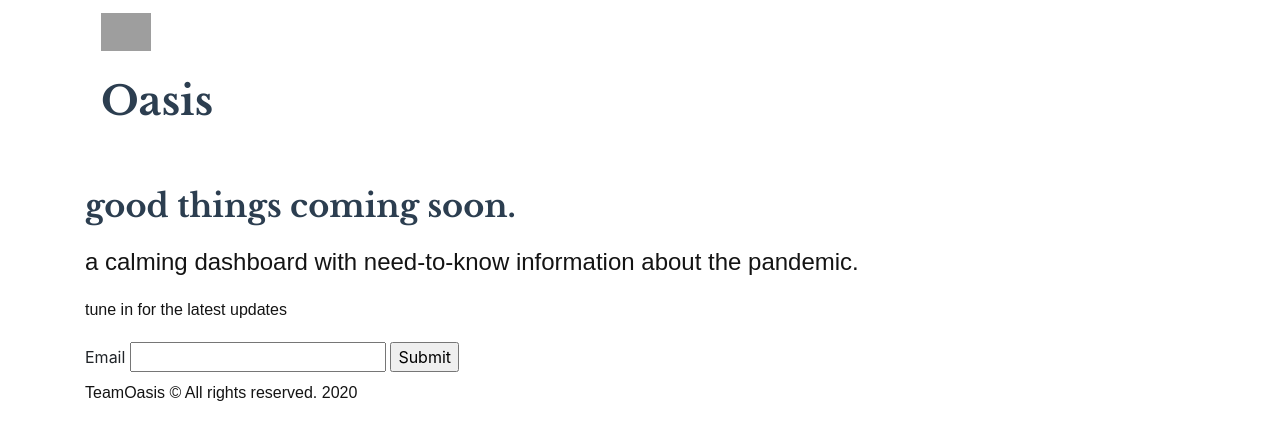
Repository: dexho/oasis-extension
Page: coming-soon.html
These files come from the project's save history. The page is drawn as it stood at one moment and after the next save; the edit follows.
The browser window is 1280 px wide. The pictures show the whole page.
Pictures or frames that could not be fetched are drawn as grey boxes. Some web fonts or font styles are not loaded; a fallback is used.

Above is the page before, as saved 2020-07-24 12:58:27.

### coming-soon.html
<!DOCTYPE html>
<html lang="en">
    <head>
        <title>Oasis - Coming Soon</title>
        <meta charset="utf-8">
        <meta name="viewport" content="width=device-width, initial-scale=1.0">
        <meta http-equiv="X-UA-Compatible" content="ie=edge">
        <link href="https://fonts.googleapis.com/css2?family=Libre+Baskerville:wght@400;700&family=Muli:wght@400;500;600;700&display=swap" rel="stylesheet">
        <!-- <link rel="stylesheet" href="https://cdn.materialdesignicons.com/4.8.95/css/materialdesignicons.min.css"> -->
        <link rel="stylesheet" href="https://stackpath.bootstrapcdn.com/bootstrap/4.1.3/css/bootstrap.min.css" integrity="sha384-MCw98/SFnGE8fJT3GXwEOngsV7Zt27NXFoaoApmYm81iuXoPkFOJwJ8ERdknLPMO" crossorigin="anonymous">
        <link rel="stylesheet" href="css/dist/coming-soon.css">
        <!-- Global site tag (gtag.js) - Google Analytics -->
        <script async src="https://www.googletagmanager.com/gtag/js?id=UA-173463616-1"></script>
        <script>
        window.dataLayer = window.dataLayer || [];
        function gtag(){dataLayer.push(arguments);}
        gtag('js', new Date());

        gtag('config', 'UA-173463616-1');
        </script>

    </head>
    <body class="min-vh-100 d-flex flex-column">
        <header>
            <div class="container">
                <nav class="navbar navbar-dark bg-transparent">
                    <a class="navbar-brand" href="#">
                        <img width="50px" src="assets/images/oasis-logo.png" alt="logo">
                        <h1>Oasis</h1>
                    </a>

                </nav>
            </div>
        </header>
        <main class="my-auto">
            <div class="container">
                <h1>good things coming soon.</h1>
                <p class="page-description">
                    a calming dashboard with need-to-know information about the pandemic.
                </p>
                <p>tune in for the latest updates</p>
                <form action="/action_page.php">
                    <label for="email">Email</label>
                    <input type="email" id="email" name="email">
                    <input type="submit">
                </form>
                <p>
                    TeamOasis © All rights reserved. 2020
                </p>
            </div>
        </main>
    </body>
</html>

### css/dist/coming-soon.css
h1{
    font-family: 'Libre Baskerville', serif;
    font-size: 54px;
    color: #2c3e50;
    font-weight: 400;
}

h2{
    font-family: 'Libre Baskerville', serif;;
    font-size: 36px;
    line-height: 48px;
    color: #141414;
    font-weight: 500;
}

h3{
    font-family: 'Muli', sans-serif;
    font-size: 24px;
    line-height: 48px;
    color: #141414;
    font-weight: 400;
}


p{
    font-family: 'Muli', sans-serif;
    font-size: 16px;
    font-weight: 400;
    line-height: 32px;
    color: #141414;
}




.page-description {
    font-size: 14px;
}


/* .page-title {
    font-family: 'Libre Baskerville', serif;
    font-size: 54px;
    font-weight: bold;
    margin-bottom: 14px;
} */

.page-description{
    font-size: 24px;
}

h1 {
    display: block;
    font-size: 2em;
    margin-block-start: 0.67em;
    margin-block-end: 0.67em;
    margin-inline-start: 0px;
    margin-inline-end: 0px;
    font-weight: bold;
}

After the next save:
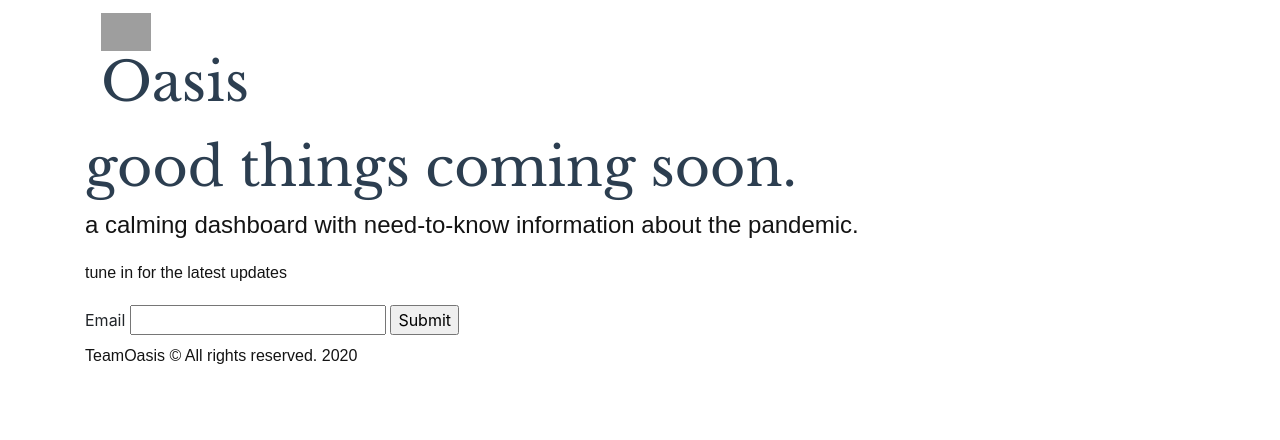
Saved 31 s later.
--- a/css/dist/coming-soon.css
+++ b/css/dist/coming-soon.css
@@ -49,7 +49,7 @@ p{
     font-size: 24px;
 }
 
-h1 {
+/* h1 {
     display: block;
     font-size: 2em;
     margin-block-start: 0.67em;
@@ -57,4 +57,4 @@ h1 {
     margin-inline-start: 0px;
     margin-inline-end: 0px;
     font-weight: bold;
-}
+} */
